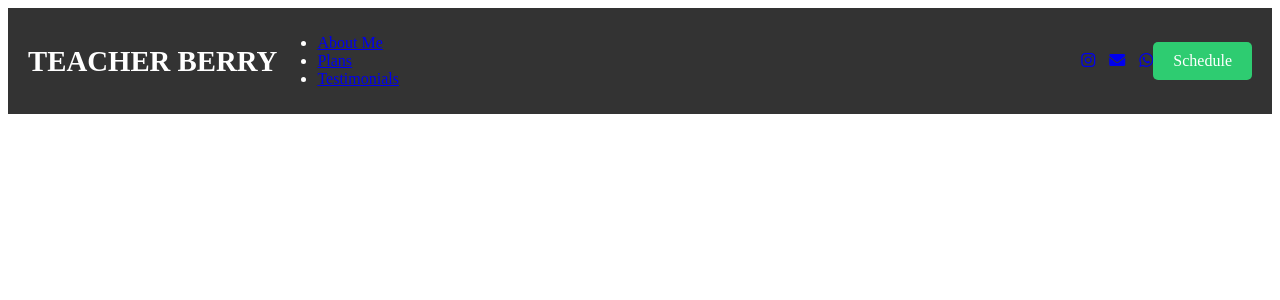
Repository: ntandomagana/esl-landing-page
Page: index.html
The author's editor kept a copy of each file at every save. The page is drawn from the files as they stood at one save, then again after the next save.
The browser window is 1280 px wide. The pictures show the whole page.

Above is the page before, as saved 2024-07-16 22:56:54.

### index.html
<!DOCTYPE html>
<html lang="en">
<head>
    <meta charset="UTF-8">
    <meta name="viewport" content="width=device-width, initial-scale=1.0">
    <link rel="stylesheet" href="https://cdnjs.cloudflare.com/ajax/libs/font-awesome/6.0.0-beta3/css/all.min.css">

    <title>Berry's English</title>
    <link rel="stylesheet" href="index.css">
</head>
<body>
    <!-- Header Section -->
    <header>
        <div class="header-container">
            <div class="logo">Teacher Berry</div>
            <nav>
                <ul>
                    <li><a href="#about">About Me</a></li>
                    <li><a href="#services">Plans</a></li>
                    <li><a href="#testimonials">Testimonials</a></li>

                </ul>
            </nav>
            <div class="social-links">
                <a href="#" class="social-link"><i class="fab fa-instagram"></i></a>
                <a href="mailto:berry@example.com" class="social-link"><i class="fas fa-envelope"></i></a>
                <a href="https://wa.me/1234567890" class="social-link"><i class="fab fa-whatsapp"></i></a>
            </div>
            <a href="#contact" class="schedule-button">Schedule</a>
        </div>
    </header>
    </footer>
</body>
</html>

### index.css


.header-container {
    display: flex;
    justify-content: space-between;
    align-items: center;
    padding: 10px 20px;
    background-color: #333;
    color: #fff;
}

.logo {
    font-size: 1.8rem;
    font-weight: bold;
    text-transform: uppercase;
}

.social-links {
    margin-left: auto;
}

.social-link {
    margin-left: 10px;
}

.schedule-button {
    padding: 10px 20px;
    background-color: #2ecc71;
    color: #fff;
    text-decoration: none;
    border-radius: 5px;
    transition: background-color 0.3s ease;
}

.schedule-button:hover {
    background-color: #27ae60;
}

After the next save:
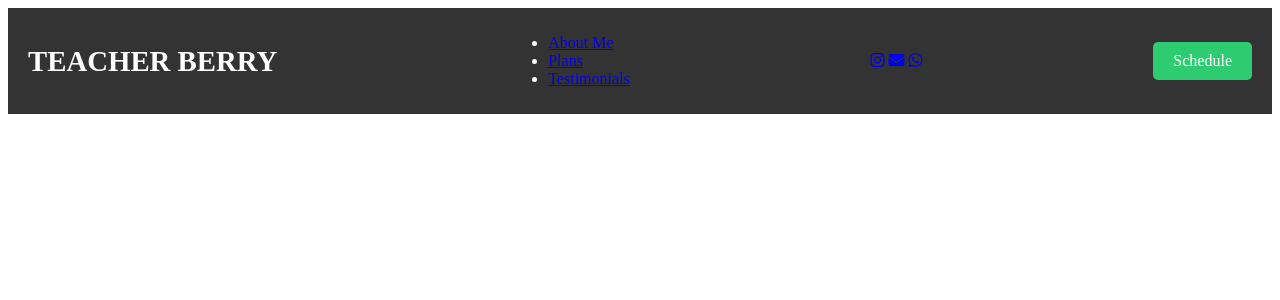
Saved 58 s later.
--- a/index.css
+++ b/index.css
@@ -19,7 +19,7 @@
     margin-left: auto;
 }
 
-.social-link {
+.social-links {
     margin-left: 10px;
 }
 

After the save that followed:
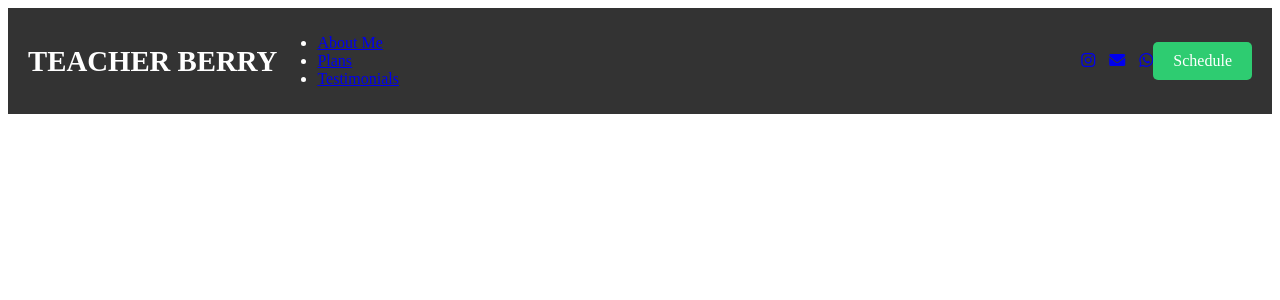
Saved 17 s later.
--- a/index.css
+++ b/index.css
@@ -19,7 +19,7 @@
     margin-left: auto;
 }
 
-.social-links {
+.social-link {
     margin-left: 10px;
 }
 
